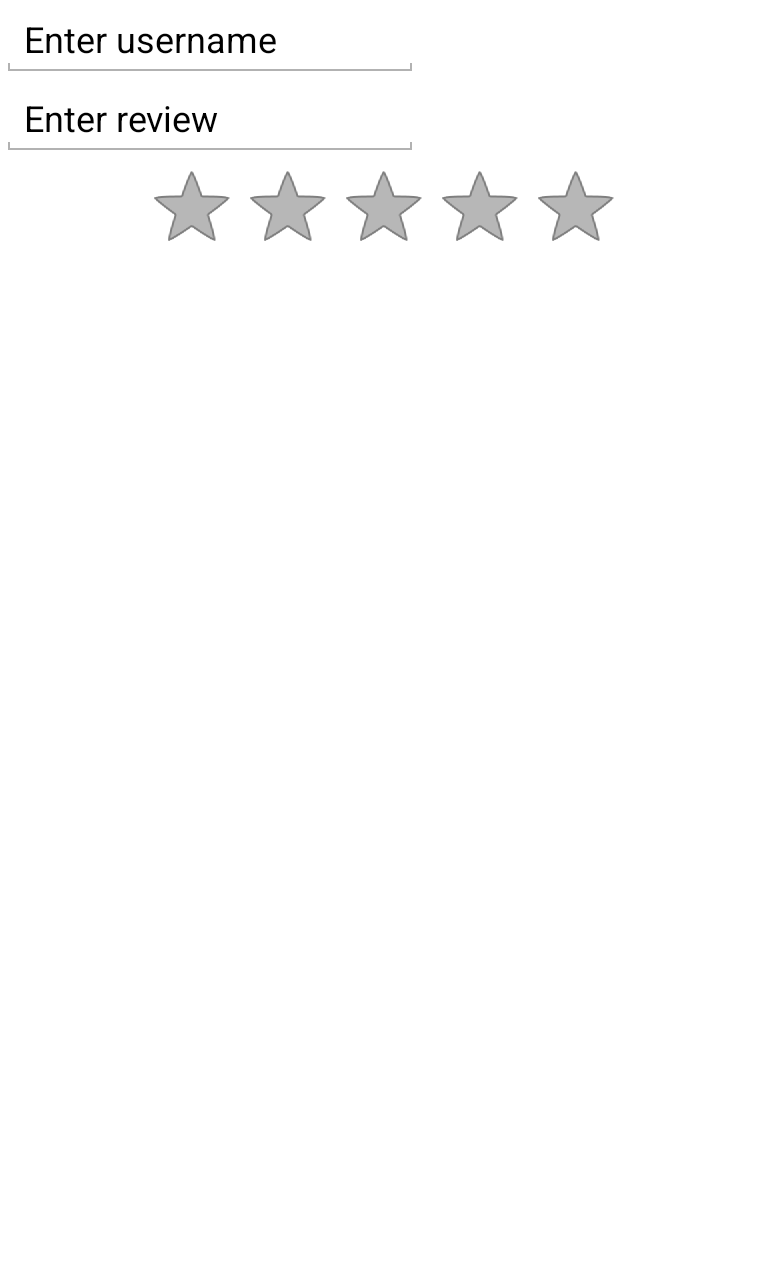
Repository: yash256/atnt
Layout: WNY Farm Fresh/res/layout/dialog.xml
An editor plug-in stored every save of this project. The layout is shown before and after the next save, followed by the edit.
It is drawn on a 768 x 1280 px phone screen (xhdpi) without system bars, with theme AppTheme; the app's code is not run.

Above is the layout before, as saved 2014-11-10 20:47:06.

After the next save:
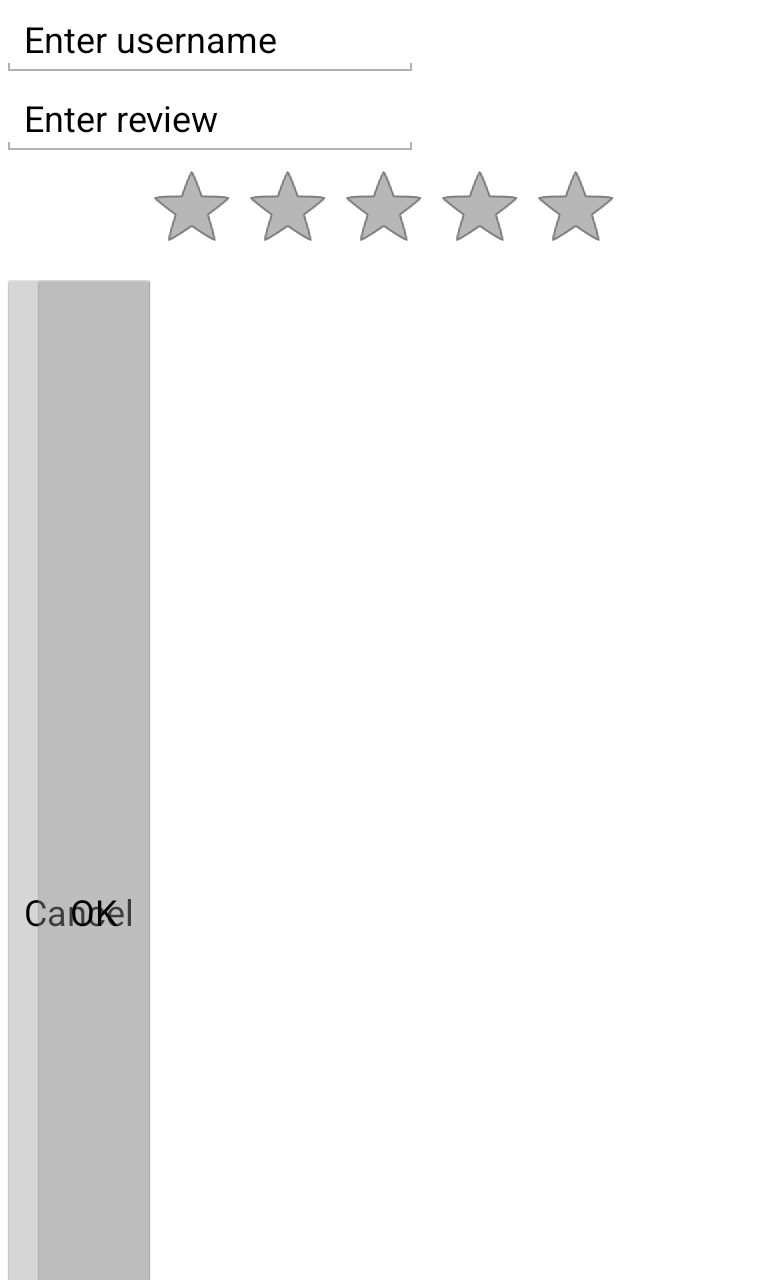
Saved 47 s later.
--- a/WNY Farm Fresh/res/layout/dialog.xml
+++ b/WNY Farm Fresh/res/layout/dialog.xml
@@ -34,5 +34,22 @@
         android:layout_row="2"
         />
 
+    <Button
+        android:id="@+id/cancel_review"
+        android:text="@string/cancel"
+		android:layout_columnSpan="4"
+        android:layout_gravity="left"
+        android:layout_row="3"
+        android:layout_width="wrap_content"
+        android:layout_height="fill_parent"/>
+        <Button
+        android:id="@+id/ok_review"
+        android:text="@string/ok"
+        android:layout_columnSpan="4"
+        android:layout_gravity="right"
+        android:layout_row="3"
+        android:layout_width="wrap_content"
+        android:layout_height="fill_parent" />
+
 
 </GridLayout>
